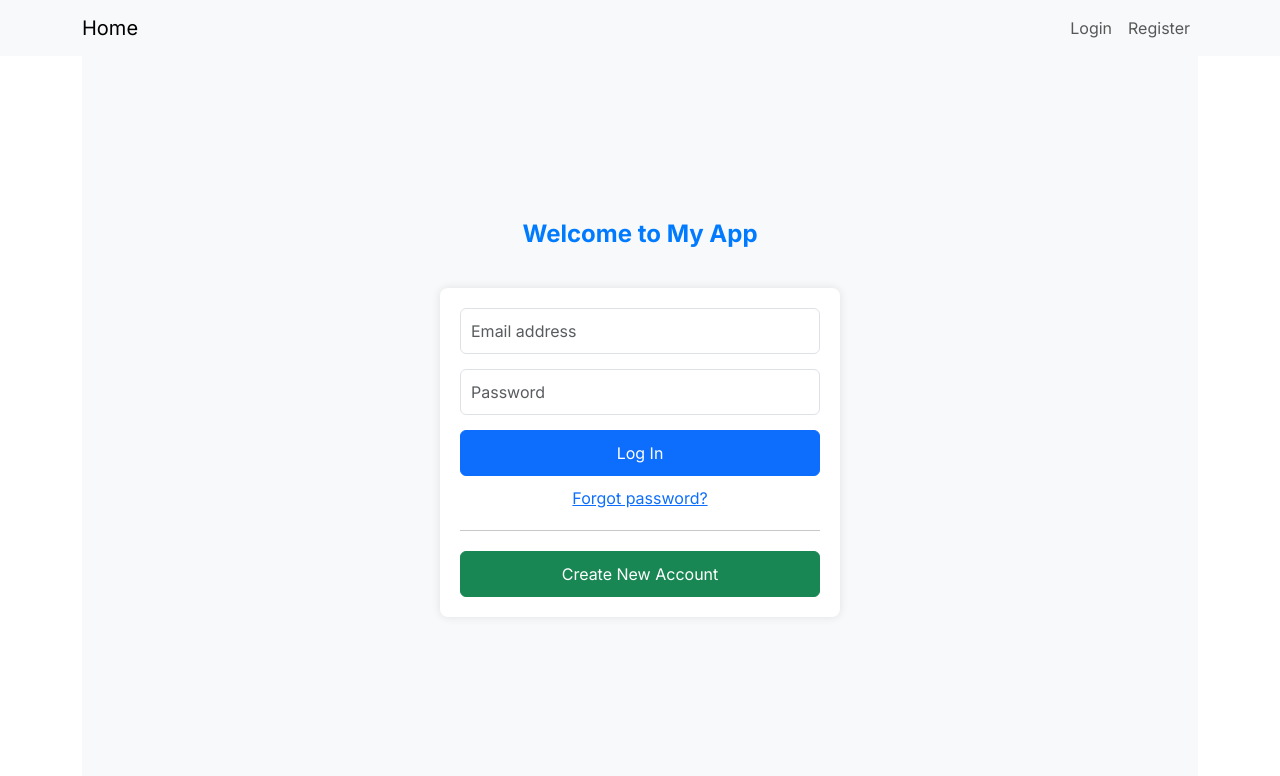
Repository: tdphong1293/KHDL01_DemoWebKafka
Page: /auth/login (app in Frontend_Client/)
These files come from the project's save history. The page is drawn as it stood at one moment and after the next save; the edit follows.
The browser window is 1280 px wide. The pictures show the whole page.
The project was rebuilt for these pictures with package versions that can differ from the ones it lists, and the page was loaded fresh each time. The framework's server and built-in components were replaced by stand-ins that run in the browser. Also part of the build but not shown: Frontend_Client/next.config.mjs.

Above is the page before, as saved 2024-07-23 23:14:01.

After the next save:
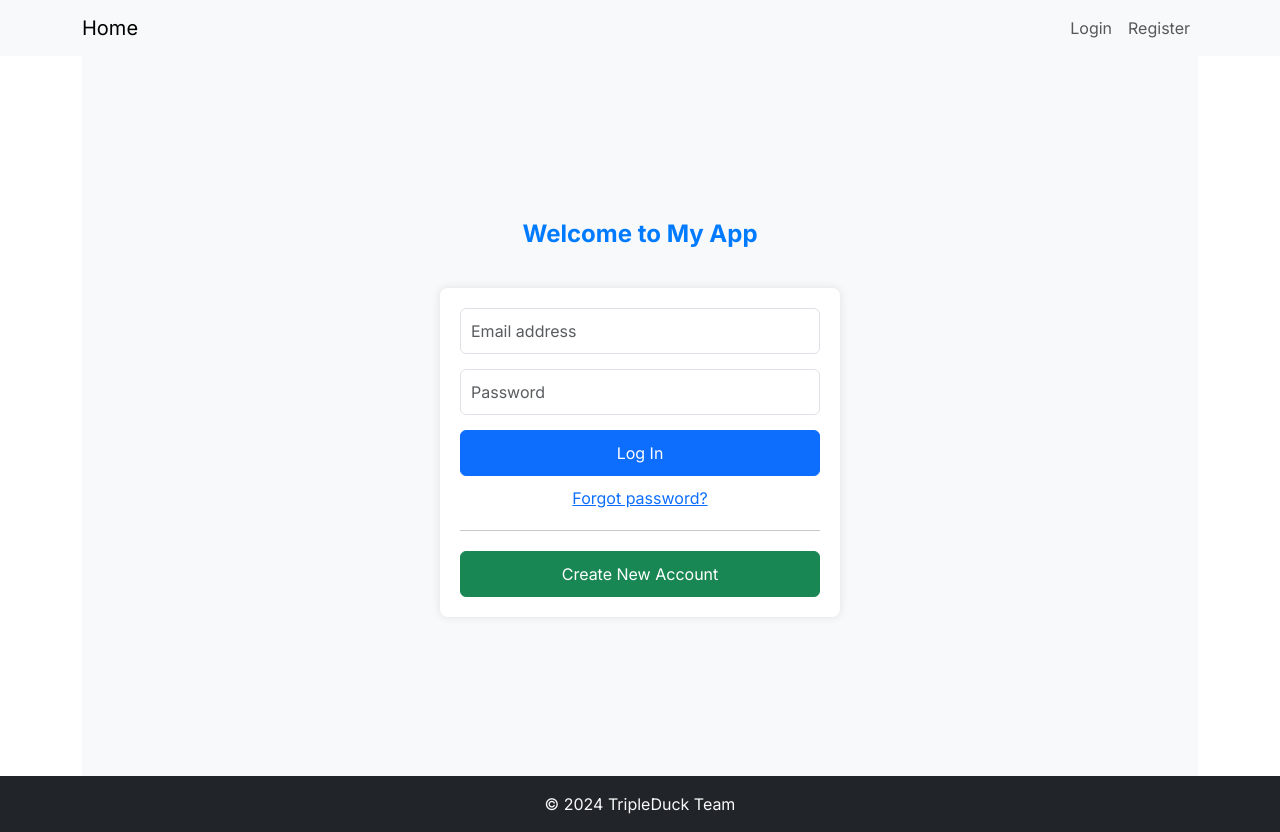
Saved 26 s later.
--- a/Frontend_Client/src/app/layout.tsx
+++ b/Frontend_Client/src/app/layout.tsx
@@ -27,7 +27,7 @@ export default function RootLayout({
                 <Container>
                     {children}
                 </Container>
-                {/* <Footer /> */}
+                <Footer />
                 <ToastContainer />
             </body>
         </html>
